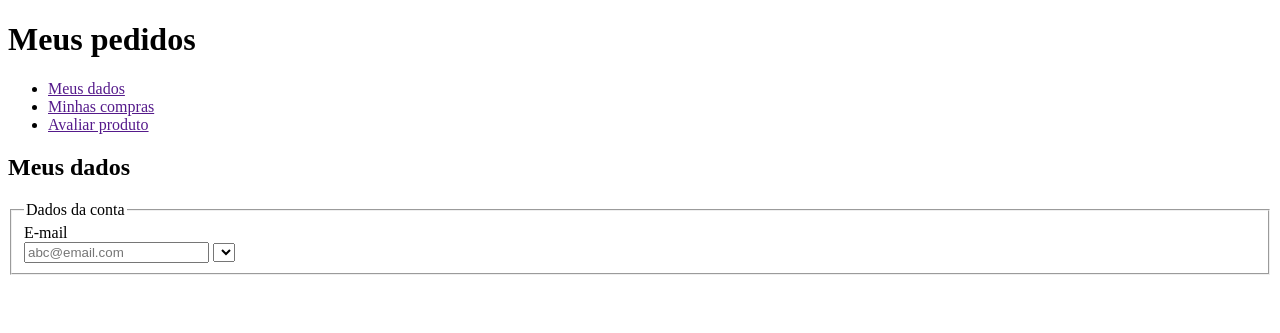
Repository: claudemir-camargo/site-compras
Page: index.html
These files come from the project's save history. The page is drawn as it stood at one moment and after the next save; the edit follows.
The browser window is 1280 px wide. The pictures show the whole page.

Above is the page before, as saved 2024-02-27 20:12:57.

### index.html
<!DOCTYPE html>
<html lang="en">
<head>
    <meta charset="UTF-8">
    <meta name="viewport" content="width=device-width, initial-scale=1.0">
    <title>Document</title>
</head>
<body>
    <h1>Meus pedidos</h1>
    <ul>
        <li><a href="">Meus dados</a></li>
        <li><a href="">Minhas compras</a></li>
        <li><a href="">Avaliar produto</a></li>
    </ul>
    <h2>Meus dados</h2>
    <fieldset>
        <legend>Dados da conta</legend>
        <form>
            <label>E-mail</label><br>
            <input type="email" id="email" name="email" placeholder="abc@email.com">
            <select></select>
        </form>
    </fieldset>
</body>
</html>

After the next save:
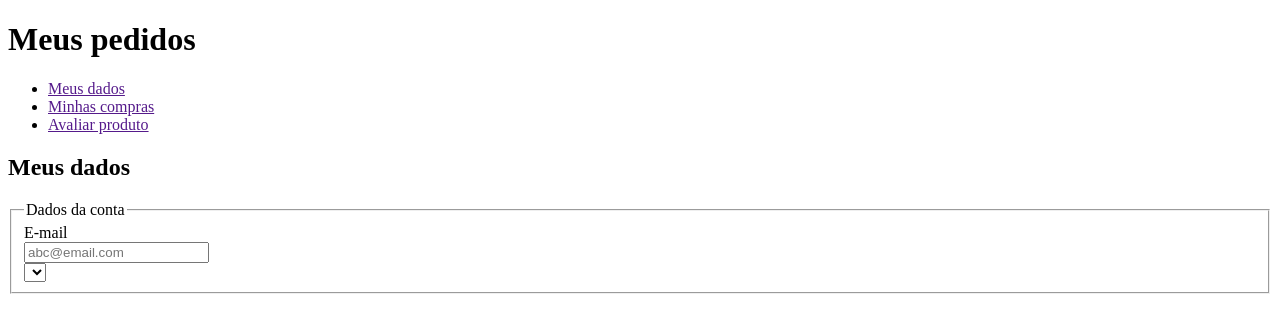
Saved 15 s later.
--- a/index.html
+++ b/index.html
@@ -17,7 +17,7 @@
         <legend>Dados da conta</legend>
         <form>
             <label>E-mail</label><br>
-            <input type="email" id="email" name="email" placeholder="abc@email.com">
+            <input type="email" id="email" name="email" placeholder="abc@email.com"><br>
             <select></select>
         </form>
     </fieldset>
